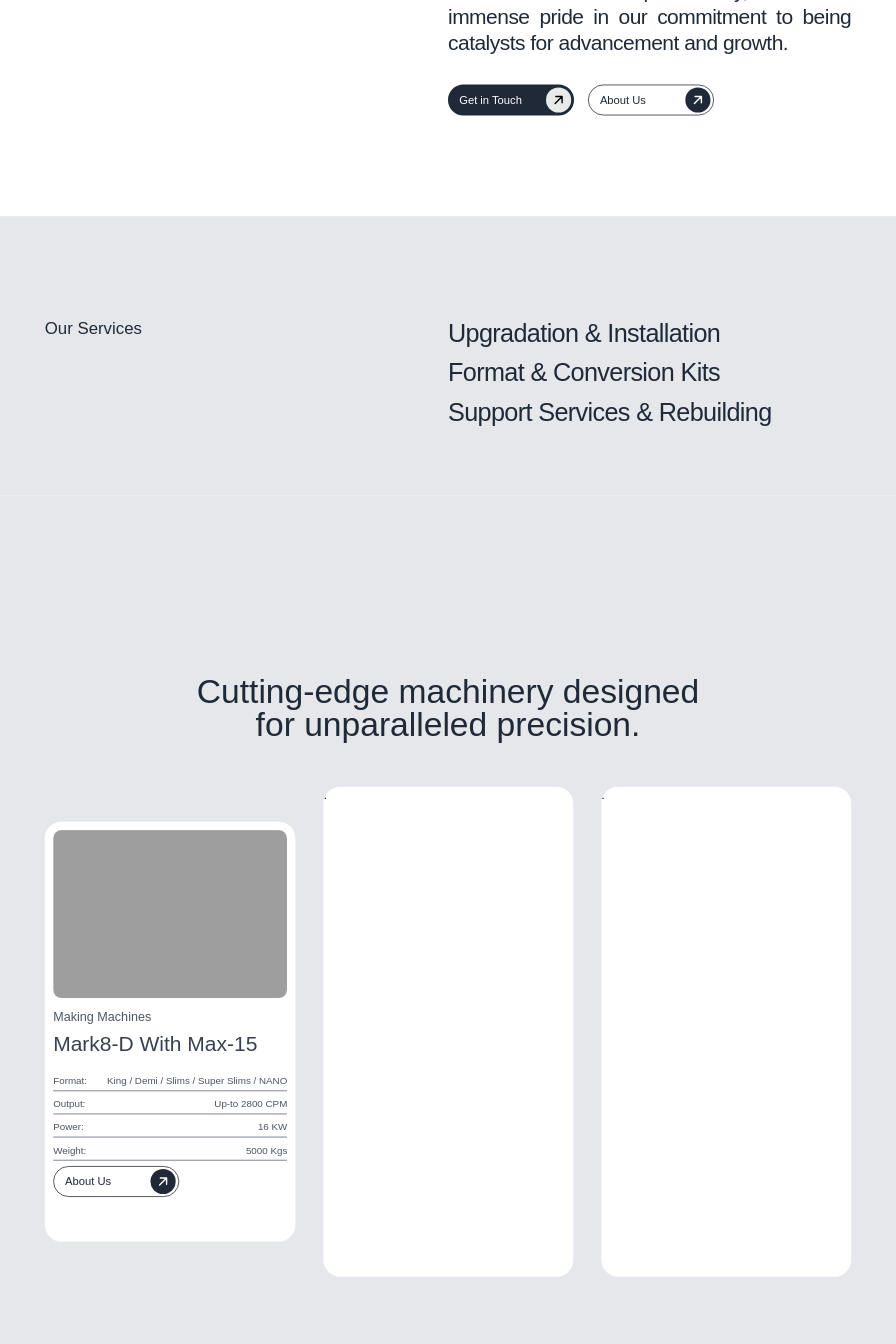
Repository: vespersolutionspk18/microtexwebsite
Page: /
An editor plug-in stored every save of this project. The page is shown before and after a run of saves, followed by the edit.
The browser window is 1280 px wide. The pictures show the part of the page from y = 1207 to 3127 px (the page is 3127 px tall), at 70% of full size.
Pictures or frames that could not be fetched are drawn as grey boxes. Some web fonts or font styles are not loaded; a fallback is used. The project was rebuilt for these pictures with package versions that can differ from the ones it lists, and the page was loaded fresh each time. The framework's server and built-in components were replaced by stand-ins that run in the browser. Also part of the build but not shown: next.config.mjs.

Above is the page before, as saved 2024-11-18 21:57:42.

After the next 2 saves:
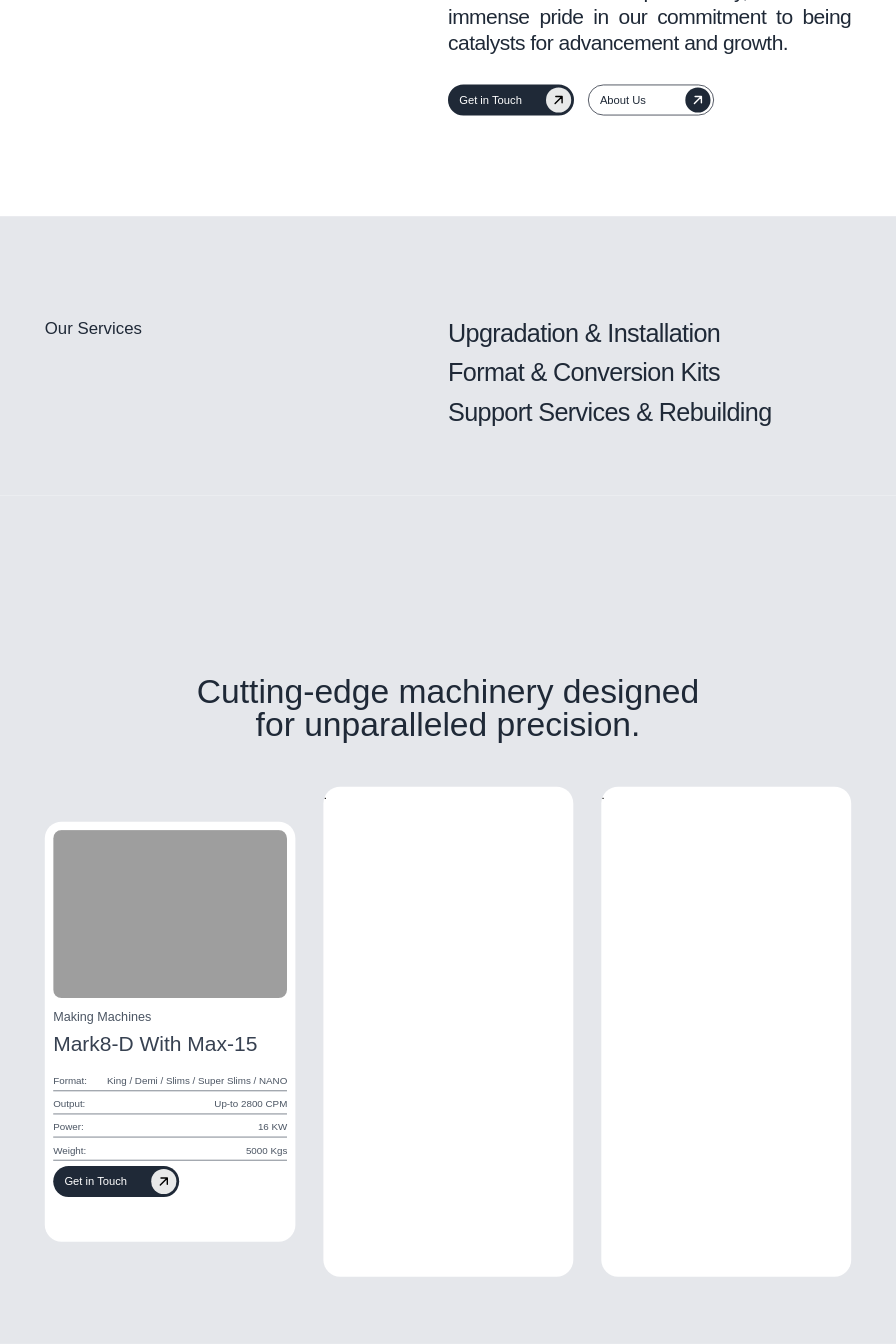
The 2 saves are shown as one change because 1 did not build or start.
The last was saved 26 s later.
--- a/app/OurMachines.tsx
+++ b/app/OurMachines.tsx
@@ -1,6 +1,6 @@
 import { Separator } from '@/components/ui/separator'
 import React from 'react'
-import ButtonArrowwhite from "@/public/assets/buttonarrowwhite.svg";
+import ButtonArrow from "@/public/assets/buttonarrow.svg";
 
 const OurMachines = () => {
   return (
@@ -34,14 +34,15 @@ const OurMachines = () => {
     </div>
     <Separator className="bg-gray-600 mt-1 mb-2" />
     <div id="button"
-  className="group border-gray-900 border-[1px] bg-white h-[44px] flex-row  text-gray-800 text-[16px] py-1 px-1 font-light rounded-full hidden md:flex items-center justify-between w-[180px] transition-width duration-500 ease-in-out  hover:w-[205px] "
+  className="group  bg-gray-800 h-[44px] flex-row  text-white text-[16px] py-1 px-1 font-light rounded-full hidden md:flex items-center justify-between w-[180px] transition-width duration-500 ease-in-out  hover:w-[205px] hover:bg-mcred"
 
 >
-  <div className="mx-3">About Us</div>
-  <div className="bg-gray-800 rounded-full h-[36px] w-[36px] flex items-center justify-center transition-transform duration-500 ease-in-out group-hover:rotate-45">
-    <ButtonArrowwhite className="h-[24px] w-[24px]" />
+  <div className="mx-3">Get in Touch</div>
+  <div className="bg-[#E8E9E9] rounded-full h-[36px] w-[36px] flex items-center justify-center transition-transform duration-500 ease-in-out group-hover:rotate-45">
+    <ButtonArrow className="h-[24px] w-[24px]" />
   </div>
                 </div>
+
     </div>
     <div className="h-[700px] w-1/3 bg-white rounded-3xl flex flex-col">.</div>
     <div className="h-[700px] w-1/3 bg-white rounded-3xl">.</div>
